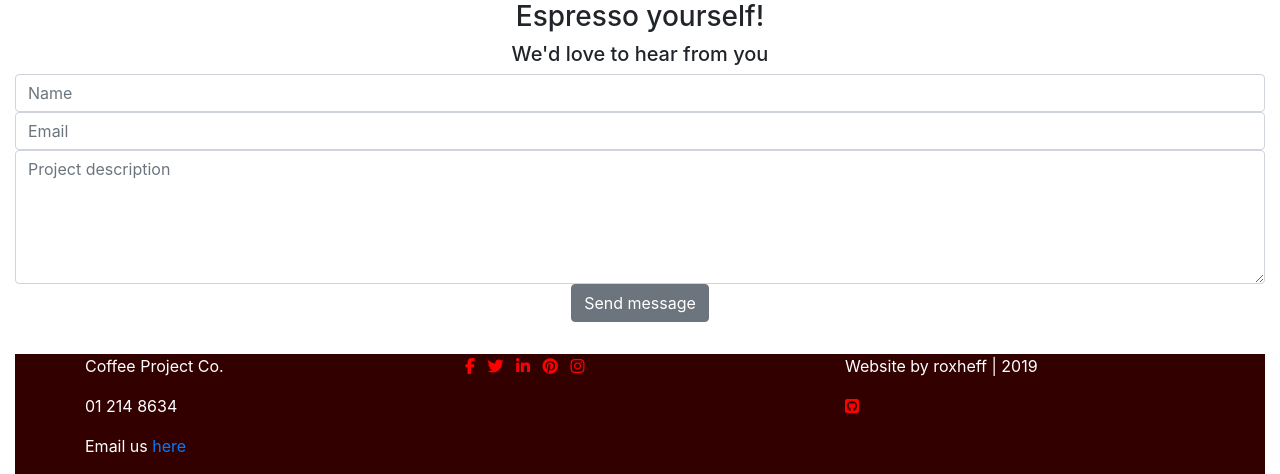
Repository: roxanahefferon/M1
Page: index.html
The author's editor kept a record of every edit. The page is drawn from the files as they stood at one moment, then again after the next edit.
The browser window is 1280 px wide. The pictures show the part of the page from y = 2914 to 3388 px (the page is 3388 px tall).
Some web libraries are served in a nearby version.

Above is the page before.

### index.html
<!DOCTYPE html>
<html lang="en">

<head>
  <meta charset="UTF-8">
  <meta name="viewport" content="width=device-width, initial-scale=1.0">
  <meta http-equiv="X-UA-Compatible" content="ie=edge">
  <link rel="stylesheet" href="https://maxcdn.bootstrapcdn.com/bootstrap/4.0.0/css/bootstrap.min.css" integrity="sha384-Gn5384xqQ1aoWXA+058RXPxPg6fy4IWvTNh0E263XmFcJlSAwiGgFAW/dAiS6JXm" crossorigin="anonymous">
  <script src="https://kit.fontawesome.com/877201db70.js" crossorigin="anonymous"></script>
  <link rel="stylesheet" href="assets/css/style.css" type="text/css" />
  <title>Coffee Project Co.</title>
</head>

<body>
  <header>

    <! --- navbar --->

    <nav class="navbar navbar-expand-sm navbar-light fixed-top"> <a class="navbar-brand" href="index.html"> <img src="./assets/images/coffee-project-logo.png" width="120px" alt="bbb-logo"></a>
      <button class="navbar-toggler" type="button" data-toggle="collapse" data-target="#collapsibleNavbar">
    <span class="navbar-toggler-icon"></span>
  </button>
      <div class="collapse navbar-collapse " id="collapsibleNavbar">
        <ul class="navbar-nav">
          <li class="nav-item">
            <a class="nav-link" href="#">Our coffees</a>
          </li>
          <li class="nav-item">
            <a class="nav-link" href="# ">Brewing guides</a>
          </li>
          <li class="nav-item dropdown">
            <a class="nav-link dropdown-toggle" href="#" id="navbardrop" data-toggle="dropdown">Our courses</a>
            <div class="dropdown-menu">
              <a class="dropdown-item" href="#">Intro to coffee</a>
              <a class="dropdown-item" href="#">Barista SCA</a>
              <a class="dropdown-item" href="#">Brewing SCA</a>
            </div>
          </li>
          <li class="nav-item">
            <a class="nav-link" href="#">Contact</a>
          </li>
        </ul>
      </div>
    </nav>


  </header>

  <! --- bg color change --->

  <div class="container bgblack">

    <! --- jumbotron hero image --->

    <div class="container">
      <div class="row">
        <div class="col">
          <div class="jumbotron jumbotron-container">
            <h1 class="display-4">Welcome</h1>
            <p class="lead">We bring you sustainable, organic, fair trade coffee from the best farmers in the world</p>
            <hr class="my-4 jumbotron-divider">
            <p>We now supplement barista courses with SCA Coffee Skills modules<span>&nbsp</span><a href="#" class="badge badge-light">New</a></p>
          </div>
        </div>
      </div>
    </div>

    <! --- about us --->

    <div class="container-fluid">
      <div class="row">
        <div class="col">
          <div class="quote-landing">
            <p class="quote"> <i class="fas fa-quote-left fa-xs" aria-hidden="true"></i>Life is short, enjoy your coffee<i class="fas fa-quote-right fa-xs" aria-hidden="true"></i></p>
          </div>
        </div>
      </div>
    </div>

    <div class="container">
      <div class="row">
        <div class="col">
          <div class="about">
            <p>We are a wholesale coffee roastery renowned for sourcing speciality coffee from all over the world.</p>
            <p>We currently supply fresh roasted coffee to order to 200+ venues nationwide.</p>
          </div>
        </div>
      </div>
    </div>

    <! --- beans --->

    <div class="container ourbeans">
      <div class="row">
        <div class="col-12">
          <img src="./assets/images/our-beans.png" class="ourbeans-img" alt="roasted coffee beans image" width=100% height=80px>
          <div class="ourbeansheader">our beans</div>
        </div>
      </div>
    </div>

    <! --- cards for beans section --->

    <div class="container">
      <div class="row cards-beans">
        <div class="col-12 col-md-6">
          <div class="card1">
            <div class="card" style="width: 100%">
              <div class="card-header">
                <h3>Single Origin</h3>
              </div>
              <img class="card-img-top" src="./assets/images/single-origin-card1.png" alt="Kettle pouring into chemex image">
              <div class="card-body">
                <p class="card-text">This is where the fun is. These are seasonal coffees that are constantly changing. Very often we are buy entire micro lots, giving us world exclusivity on that coffee – when we do this you know that the coffee is truly exceptional.</p>
                <a href="#" class="btn btn-light">Read more</a>
              </div>
            </div>
          </div>
        </div>


        <div class="col-12 col-md-6">
          <div class="card2">
            <div class="card" style="width: 100%">
              <div class="card-header">
                <h3>Blends</h3>
              </div>
              <img class="card-img-top" src="./assets/images/blends-card2.png" alt="Espresso machine and cups image">
              <div class="card-body">
                <p class="card-text">With every new crop, beans change subtly. With every new coffee we import, a new blend awaits. We know that creating the "perfect" blend is a futile persuit but we love trying and we know you'll enjoy what we create.</p>
                <a href="#" class="btn btn-light">Read more</a>
              </div>
            </div>
          </div>
        </div>
      </div>
    </div>
  </div>


  <! --- sca courses --->

  <div class="sca-section">

    <div class="container">
      <div class="row no-gutters">

        <div class="container">
          <div class="row no-gutters">
            <div class="col-12">
              <img src="./assets/images/sca-logo.png" alt="sca logo image" width=200 height=200></img>
            </div>
          </div>
        </div>
      </div>

      <div class="sca-text col-12">
        <h2>SCA Courses</h2>
        <p>Lorem ipsum dolor sit amet, an his etiam torquatos.</p>
        <p>Tollit soleat phaedrum te duo, eum cu recteque expetendis neglegentur.</p>
        <p>Cu mentitum maiestatis persequeris pro, pri ponderum tractatos ei.</p>
        <button type="button" class="btn btn-outline-secondary">Browse courses</button>
      </div>
    </div>
  </div>



  <! --- brew guides --->

  <div class="container brewguides">
    <div class="row">
      <div class="col-12">
        <img src="./assets/images/brew-guides.png" class="brewguides-img" alt="brewing methods image" width=100% height=200px>
        <div class="brewguidesheader">brew guides</div>
      </div>
    </div>
  </div>

  <! --- link to page/downloadable pdfs --->

  <div class="container brew-cards">
    <div class="row no-gutters">

      <div class="col-sm-6 col-md-12 col-lg-12">

        <div class="card-group">

          <div class="card">
            <img class="card-img-top" src="./assets/images/chemex.png" alt="chemex icon">
            <div class="card-body text-center">
              <span><a href="chemex.html">chemex</span></a>
            </div>
          </div>
          <div class="card">
            <img class="card-img-top" src="./assets/images/espresso-machine.png" alt="espresso machine icon">
            <div class="card-body text-center">
              <span><a href="espresso.html">espresso</span></a>
            </div>
          </div>

          <div class="card">
            <img class="card-img-top" src="./assets/images/aeropress.png" alt="aeropress icon">

            <div class="card-body text-center">
              <span><a href="aeropress.html">aeropress</span></a>
            </div>
          </div>
          <div class="card">
            <img class="card-img-top" src="./assets/images/french-press.png" alt="french press icon">

            <div class="card-body text-center">
              <span><a href="cafetiere.html">cafetiere</span></a>
            </div>
          </div>

        </div>
      </div>
    </div>
  </div>

  <! --- testimonials carousel  --->

  <div class="container">
    <div class="row">
      <div class="col">

        <div id="testimonialscarousel" class="carousel slide" data-ride="carousel">

          <!-- Indicators -->

          <ul class="carousel-indicators">
            <li data-target="#testimonialscarousel" data-slide-to="0" class="active"></li>
            <li data-target="#testimonialscarousel" data-slide-to="1"></li>
            <li data-target="#testimonialscarousel" data-slide-to="2"></li>
          </ul>

          <!-- The slideshow -->

          <div class="carousel-inner">
            <div class="carousel-item active">
              <img src="https://i.imgur.com/qSUjgpF.jpg" alt="Oxmantown Café Image" width="1100" height="500">
              <div class="carousel-caption">
                <p style="width: 100%; height: 100%; background-color: rgba(51,153,102,0.75" ;>"The feedback from our customers has been very positive about the coffee and quite often we are asked where they can get it outside of the restaurant." | Oxmantown</p>
              </div>
            </div>
            <div class="carousel-item">
              <img src="https://i.imgur.com/is4K5KZ.jpg" alt="BIBI's Café Image" width="1100" height="500">
              <div class="carousel-caption">
                <p style="width: 100%; height: 100%; background-color: rgba(153,102,102,0.75" ;>"Big Brown Bean have been there for us every step of the way with training and guidance to make sure that each cup is as good as the last." | BIBI's</p>
              </div>
            </div>
            <div class="carousel-item">
              <img src="https://i.imgur.com/USzXhdX.jpg" alt="Forest Ave. Restaurant Image" width="1100" height="500">
              <div class="carousel-caption">
                <p style="width: 100%; height: 100%; background-color: rgba(204,153,0,0.75)" ;>"We have been open for over a year now and have used Big Brown Bean coffee from the very start. It is, no doubt, exceptional quality coffee." | Forest Ave. Restaurant</p>
              </div>
            </div>
          </div>

          <!-- Left and right controls -->

          <a class="carousel-control-prev" href="#testimonialscarousel" data-slide="prev">
    <span class="carousel-control-prev-icon"></span>
  </a>
          <a class="carousel-control-next" href="#testimonialscarousel" data-slide="next">
    <span class="carousel-control-next-icon"></span>
  </a>
        </div>


      </div>
    </div>
  </div>

  <! --- quotes --->




  <! --- enquiries form --->

  <section class="container-fluid">
    <div class="row bg-color-contact">
      <div class="col">
        <h3 class="contact-heading uppercase text-center">
          Espresso yourself!
        </h3>
        <h5 class="uppercase text-center">
          We'd love to hear from you
        </h5>
        <div class="center-form">
          <form>
            <input type="text" name="name" id="fullname" class="form-control" placeholder="Name" required />
            <input type="email" name="email" id="emailaddress" class="form-control" placeholder="Email" required />
            <textarea rows="5" name="projectsummary" id="projectsummary" class="form-control" placeholder="Project description" required></textarea>
            <div class="form-row text-center">
              <div class="col">
                <button type="submit" class="btn btn-secondary">Send message</button>
              </div>
            </div>
          </form>
        </div>
      </div>
    </div>

    <! --- footer --->

    <footer>
      <div class="footer my-footer">

        <div class="container">
          <div class="row">

            <div class="col-4 footer-menu">
              <p>Coffee Project Co.</p>
              <p>01 214 8634</p>
              <p>Email us <a href="#"><span class="here-link">here</a></p></span>
            </div>


            <div class="col-4 media">
              <ul class="list-inline">
                <li class="list-inline-item">
                  <a href="#" target="_blank">
<i class="fab fa-facebook-f" aria-hidden="true"></i>
<span class="sr-only">Facebook</span>
</a>
                </li>
                <li class="list-inline-item">
                  <a href="#" target="_blank">
<i class="fab fa-twitter" aria-hidden="true"></i>
<span class="sr-only">Twitter</span></a>
                </li>
                <li class="list-inline-item">
                  <a href="#" target="_blank">
<i class="fab fa-linkedin-in" aria-hidden="true"></i>
<span class="sr-only">LinkedIn</span>
</a>
                </li>
                <li class="list-inline-item">
                  <a href="#" target="_blank">
<i class="fab fa-pinterest" aria-hidden="true"></i>
<span class="sr-only">Pinterest</span>
</a>
                </li>
                <li class="list-inline-item">
                  <a href="#" target="_blank">
<i class="fab fa-instagram" aria-hidden="true"></i>
<span class="sr-only">Instagram</span>
</a>
                </li>

              </ul>
            </div>
            <div class="col-4 my-info">
              <p>Website by roxheff | 2019</p>
              <a href="https://github.com/roxanahefferon"><i class="fab fa-github-square"></i></a>
            </div>
          </div>
        </div>

      </div>
      </div>


      </div>
    </footer>


    <script src="https://code.jquery.com/jquery-3.2.1.slim.min.js" integrity="sha384-KJ3o2DKtIkvYIK3UENzmM7KCkRr/rE9/Qpg6aAZGJwFDMVNA/GpGFF93hXpG5KkN" crossorigin="anonymous"></script>
    <script src="https://cdnjs.cloudflare.com/ajax/libs/popper.js/1.12.9/umd/popper.min.js" integrity="sha384-ApNbgh9B+Y1QKtv3Rn7W3mgPxhU9K/ScQsAP7hUibX39j7fakFPskvXusvfa0b4Q" crossorigin="anonymous"></script>
    <script src="https://maxcdn.bootstrapcdn.com/bootstrap/4.0.0/js/bootstrap.min.js" integrity="sha384-JZR6Spejh4U02d8jOt6vLEHfe/JQGiRRSQQxSfFWpi1MquVdAyjUar5+76PVCmYl" crossorigin="anonymous"></script>
</body>

</html>

### assets/css/style.css
@import url('https://fonts.googleapis.com/css?family=Lato|Montserrat:500&display=swap');

body {
    margin: 0;
    padding: 0;
}

/* --- navbar --- */

.navbar-brand {
    margin-left: 0.05rem;
    margin-top: 0.25rem;
    border: solid 2px;
    border-color: #000000;
    border-radius: 0.25rem;
    padding: .40rem .75rem;
}

.navbar-light {
    background-color: #ffffff;
}

.navbar fixed-top {
    position: fixed !important;
}

.navbar-brand:hover {
    border-color: #b87333;
}

.navbar .navbar-toggler {
    border: solid 2px;
    border-color: #000000;
}

.navbar .navbar-toggler:hover {
    border-color: #b87333;
}

.dropdown a {
    font-weight: 500;
}

.navbar-nav a {
    font-weight: 500;
}

.dropdown-menu {
    border: solid 2px;
    color: #000000;
}

.dropdown-menu:hover {
    color: #b87333;
}

.navbar-collapse {
    margin-left: 20px;
}

.nav-item a {
    color: #000000;
}

.navbar-light .navbar-nav .nav-link {
    color: #000000;
}

.bgblack {
    background-color: #000000;
    padding: 0;
}

/* --- jumbotron hero image --- */

.jumbotron-container {
    margin-top: 180px;
}

.jumbotron {
    background-image: url("https://i.imgur.com/ysdDc1S.png");
    background-position: center;
    background-repeat: no-repeat;
    background-size: cover;
    position: relative;
    margin-bottom: 0.5rem;
}

.jumbotron h1,
.jumbotron p {
    color: #fafafa;
    text-align: center;
}

.jumbotron-divider {
    background-color: #b87333;
    margin: 1.5rem;
}

.badge-light {
    background-color: #b87333;
    border: none;
    color: #ffffff;
    font-weight: lighter;
}

.badge-light:hover {
    background-color: #4a4a4f;
    border: none;
    color: #000000;
    font-weight: inherit;
    font-size: 1rem;
}

.quote-landing {
    color: #b87333;
    text-align: center;
    font-family: "Lora", sans-serif;
    font-weight: 500;
    font-size: 1.2rem;
    margin-top: 1rem;
    padding: 5px;
    border: 2px solid;
    border-color: #b87333;
    border-radius: 0.3rem;
}

.quote {
    margin-top: 1rem;
    margin-bottom: 1rem;
}

/* --- about us --- */

.about {
    color: #fafafa;
    font-weight: lighter;
    margin-bottom: 0.5rem;
    padding: 0.5rem 0;
    border-radius: 0.25rem;
}

.about p {
    margin: 1rem;
    text-align: center;
}

/* --- beans --- */

.ourbeans {
    position: relative;
    text-align: center;
    color: white;
    text-transform: uppercase;
    font-weight: bolder;
    font-size: 1.8rem;
}

.ourbeansheader {
    position: absolute;
    top: 50%;
    left: 50%;
    transform: translate(-50%, -50%);
    border: 5px solid;
    border-radius: 0.25rem;
    padding: 0.4rem;
}


/* --- cards landing ---*/

.card1,
.card2 {
    margin-top: 2rem;
    padding-bottom: 2rem;
}

.card-header {
    background-color: #000000;
    color: #b87333;
    text-align: center;
}

.card-img-top {
    max-height: 50%;
}

.card-body {
    background-color: #000000;
}

.card-body p {
    color: #ffffff;
}

.btn-light {
    background-color: #b87333;
    color: #ffffff;
    border: none;
}

/* --- sca courses --- */

.sca-section {
    margin-top: 20px;
}

.sca-img {
    padding: 0;
    border: 2px solid;
    border-radius: 0.25rem;
}

/* --- brew guides --- */

.brewguides {
    position: relative;
    text-align: center;
    color: white;
    text-transform: uppercase;
    font-weight: bolder;
    font-size: 1.8rem;
    margin-top: 2rem;
}

.brewguidesheader {
    position: absolute;
    top: 50%;
    left: 50%;
    transform: translate(-50%, -50%);
    border: 5px solid;
    border-radius: 0.25rem;
    padding: 0.4rem;
}


/* --- link to page/downloadable pdfs ---*/

.brew-cards {
    margin-top: 2rem;
}


.card-group img {
    width: 100px;
    height: 100px;
    transform: translateX(90%);
}



/* --- courses.html --- */





/* --- footer --- */

.footer {
    background-color: #330000;
    color: #ffffff;
    margin-top: 2rem;

}

.media-links {
    font-size: 20px;
    color: #ffffff;
}

.fab {
    color: red;
}



/* --- chemex.html --- */

.chemex-container {
    margin-top: 200px;
    background-color: #669966;
    border: 1px solid #669966;
    border-radius: 0.25rem;
}

/* --- media queries --- */

@media (min-width: 768px) {
    .quote-landing {
        font-size: 2.5rem;
    }
}

@media (min-width: 768px) {
    .ourbeans-img {
        height: 180px;
    }
}

After the next edit:
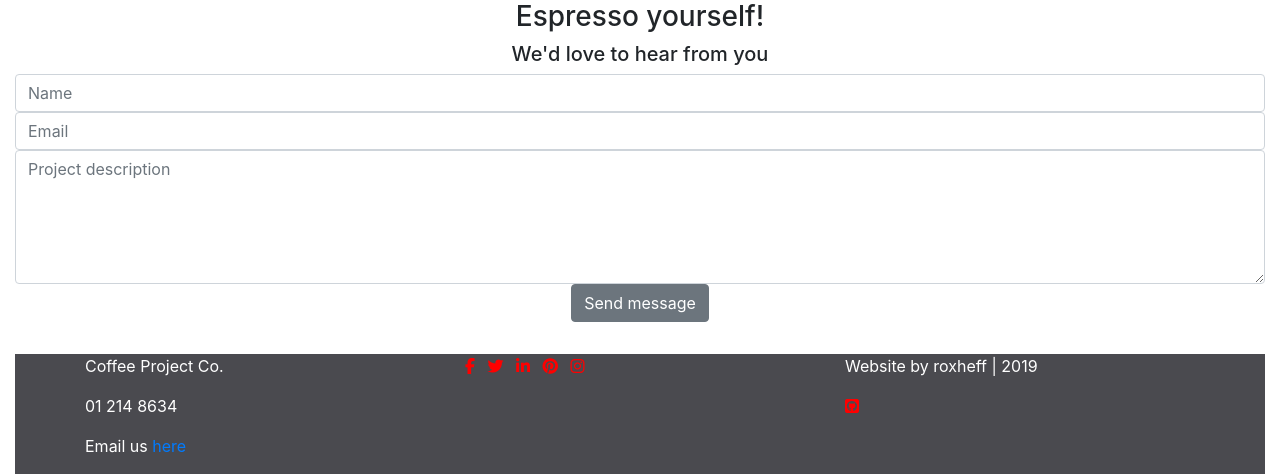
The edit:
--- a/assets/css/style.css
+++ b/assets/css/style.css
@@ -258,7 +258,7 @@
 /* --- footer --- */
 
 .footer {
-    background-color: #330000;
+    background-color: #4a4a4f;
     color: #ffffff;
     margin-top: 2rem;
 
